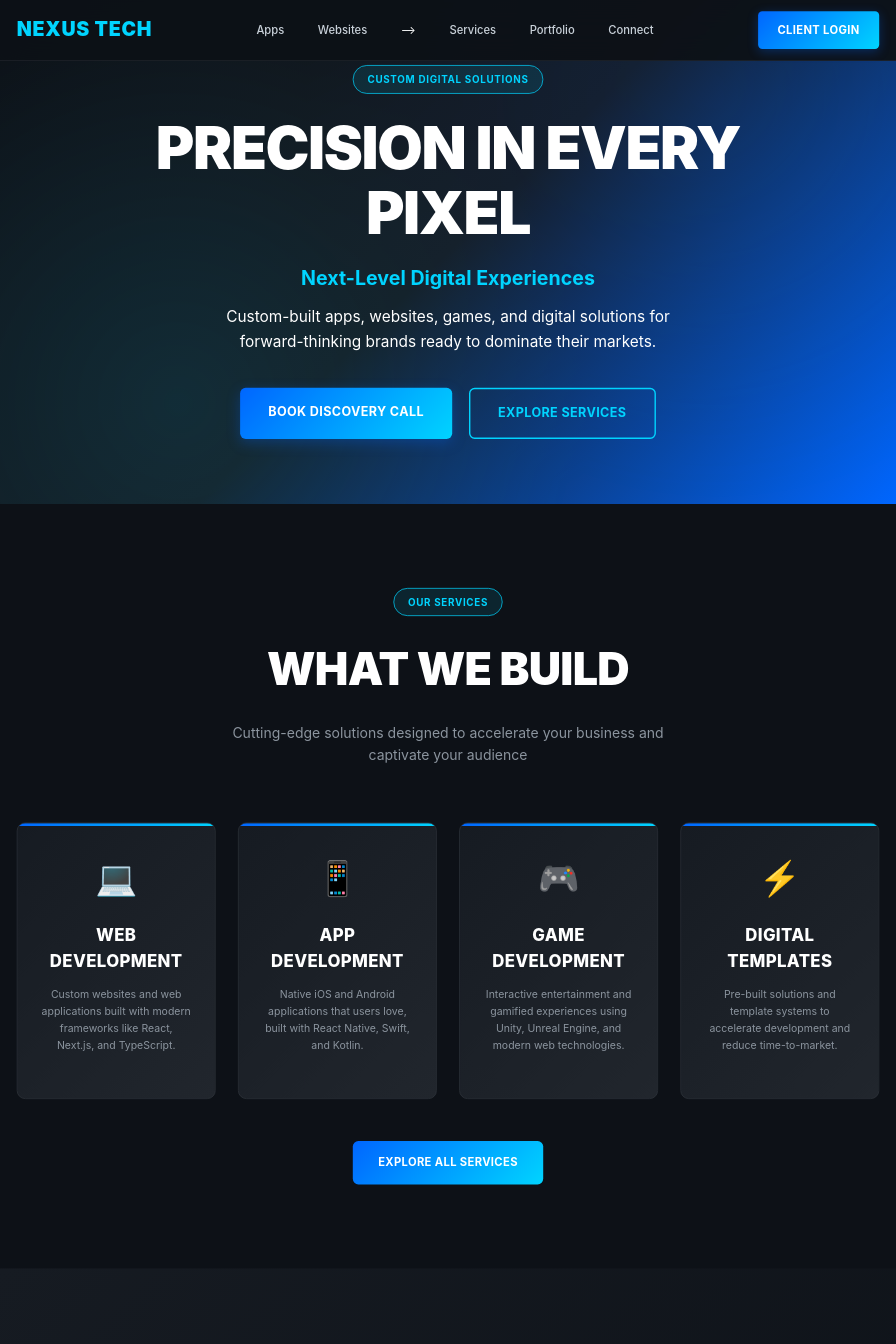
Repository: techandbeauty/NexusTech-Service-Portal
Page: index.html
These files come from the project's save history. The page is drawn as it stood at one moment and after the next save; the edit follows.
The browser window is 1280 px wide. The pictures show the part of the page from y = 0 to 1920 px (the page is 4037 px tall), at 70% of full size.

Above is the page before, as saved 2025-09-06 10:00:20.

After the next save:
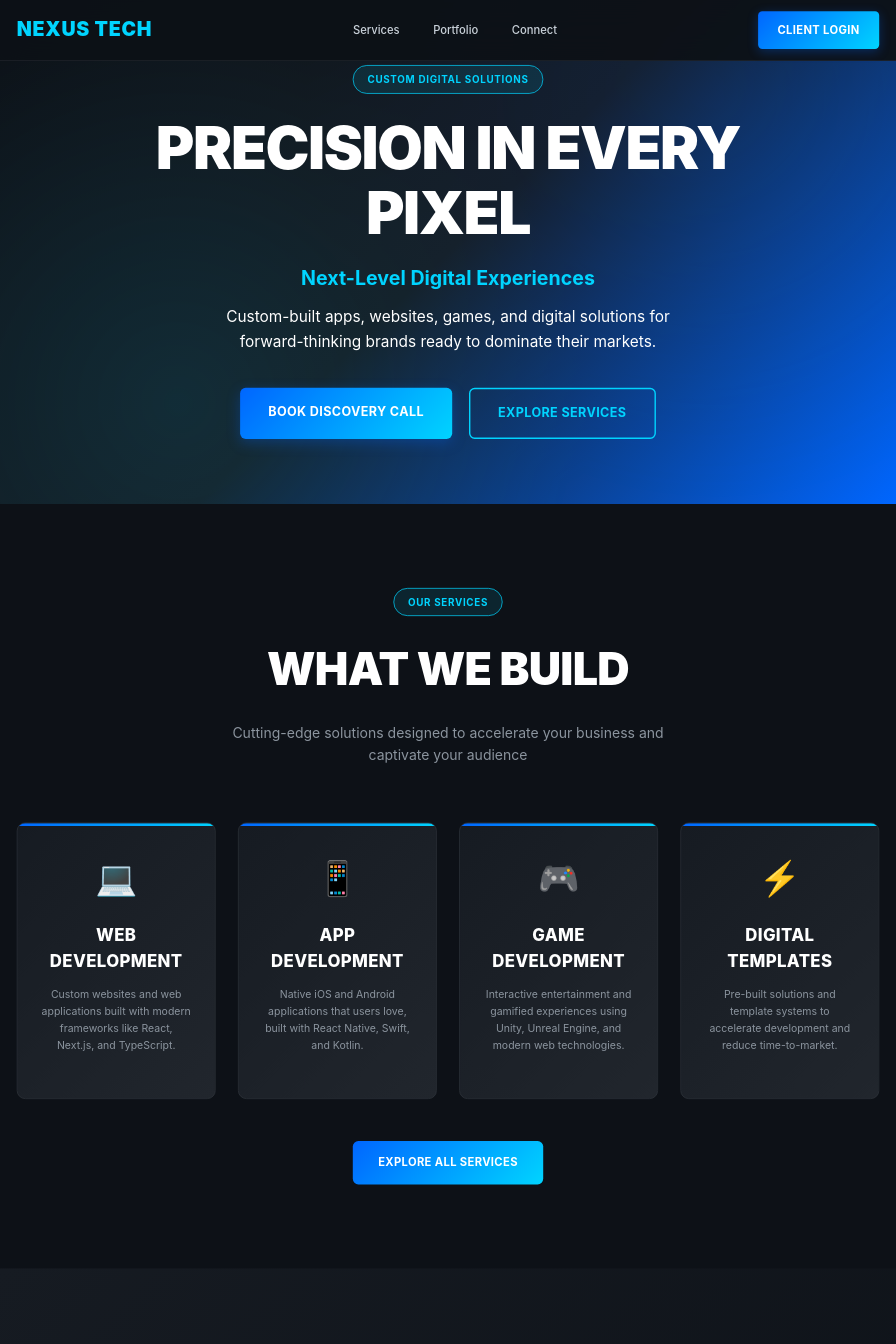
Saved 4 s later.
--- a/index.html
+++ b/index.html
@@ -603,7 +603,7 @@
         <div class="nav-container">
             <a href="main.html" class="logo">Nexus Tech</a>
             <ul class="nav-links">
-              <!---->  <li><a href="apps.html">Apps</a></li>
+              <!--  <li><a href="apps.html">Apps</a></li>
                 <li><a href="websites.html">Websites</a></li> -->
                 <li><a href="services.html">Services</a></li>
                 <li><a href="portfolio.html">Portfolio</a></li>
